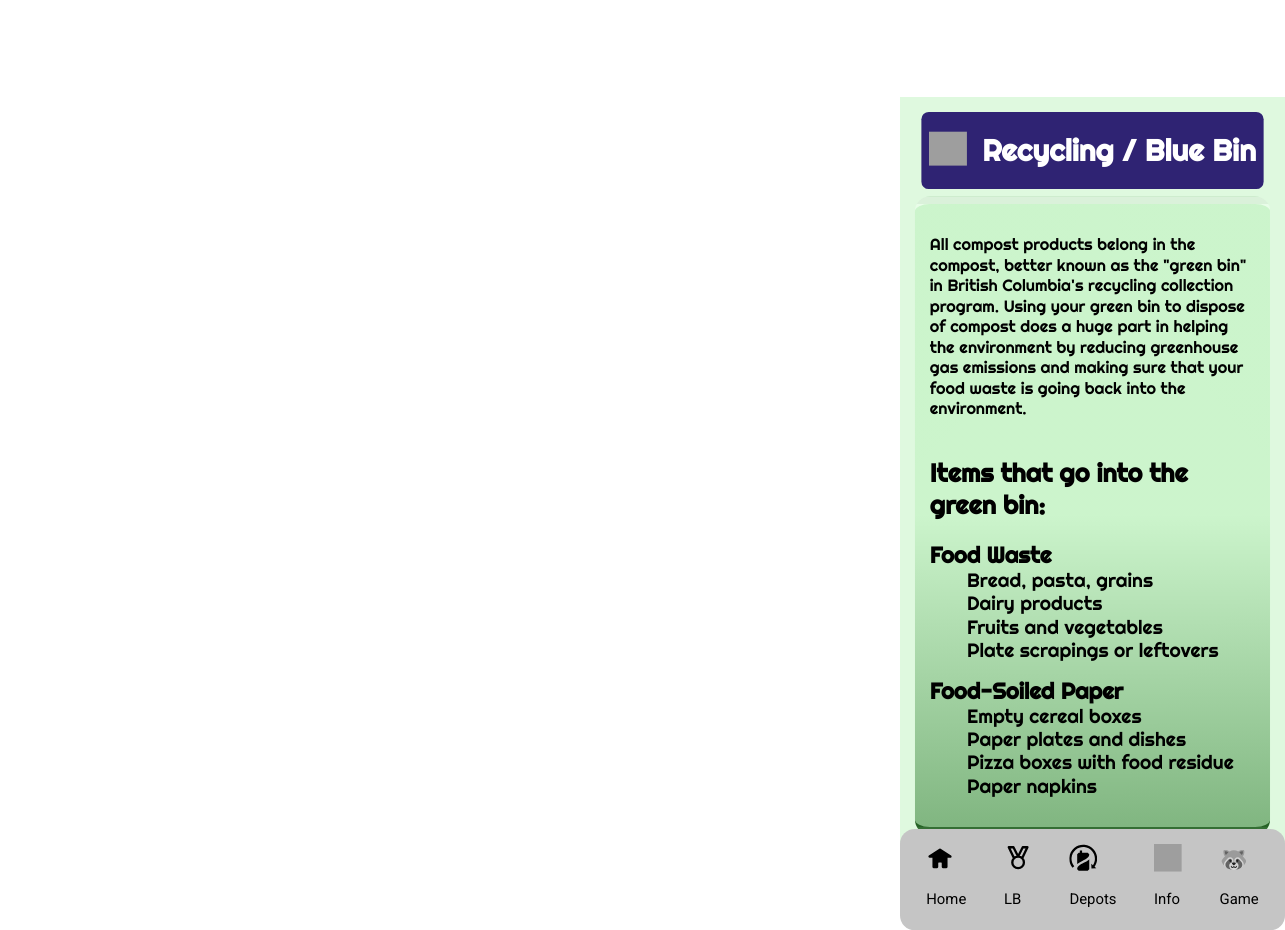
Repository: alemunden/Trash-Scavengers
Page: /InfoRecycling
These files come from the project's save history. The page is drawn as it stood at one moment and after the next save; the edit follows.
The browser window is 1280 px wide. The page is 1382 px wide, so the pictures cover 1382 px, including what lies to the right of the window. The pictures show the whole page, at 93% of full size.
Pictures or frames that could not be fetched are drawn as grey boxes. The project was rebuilt for these pictures with package versions that can differ from the ones it lists, and the page was loaded fresh each time. The framework's server and built-in components were replaced by stand-ins that run in the browser. Also part of the build but not shown: next.config.mjs.

Above is the page before, as saved 2024-05-09 12:09:14.

### pages/InfoRecycling.js
import styles from "@/styles/InfoRecycling.module.css";
import NavBar from "@/components/NavBar";
import Image from "next/image";
import Link from "next/link";

export default function InfoRecycling() {
    return(
        <>
        <link rel="preconnect" href="https://fonts.googleapis.com"/>
        <link rel="preconnect" href="https://fonts.gstatic.com" crossorigin/>
        <link href="https://fonts.googleapis.com/css2?family=Righteous&display=swap" rel="stylesheet"/>
        <div className={styles.main}>
            <div className={styles.title}>
                <Link href="/Info" className={styles.backButton}>
                    <Image src={'/backarrowicon.webp'} height={36.16} width={40.96}/>
                </Link>
                <h1>Recycling / Blue Bin</h1>
            </div>
            <div className={styles.textContainer}>
                    <p className={styles.description}>All compost products belong in the compost, better known as the "green bin" in British Columbia's recycling collection program. Using your green bin to dispose of compost does a huge part in helping the environment by reducing greenhouse gas emissions and making sure that your food waste is going back into the environment.</p>
                    <div>
                        <h2 className={styles.listTitle}>Items that go into the green bin:</h2>
                        <dl>
                            <dt className={styles.listSection}>Food Waste</dt>
                                <dd className={styles.listItem}>Bread, pasta, grains</dd>
                                <dd className={styles.listItem}>Dairy products</dd>
                                <dd className={styles.listItem}>Fruits and vegetables</dd>
                                <dd className={styles.listItem}>Plate scrapings or leftovers</dd>
                            <dt className={styles.listSection}>Food-Soiled Paper</dt>
                                <dd className={styles.listItem}>Empty cereal boxes</dd>
                                <dd className={styles.listItem}>Paper plates and dishes</dd>
                                <dd className={styles.listItem}>Pizza boxes with food residue</dd>
                                <dd className={styles.listItem}>Paper napkins</dd>
                        </dl>
                    </div>
            </div>
        </div>
        <NavBar/>
        </>
    )
}

### styles/globals.css
:root {
    --white: #FFFFFF;
    --black: #000;
    --light-green: #B4E88C;
    --light-blue: #9EBAE5;
    --light-gray: #c5c5c5;
    --light-yellow: #F3CD70;
    --light-pink: #F3D9D9;
    --medium-green: #429600;
    --gold: #ED9F26;

}

html, body {
    overflow-x: hidden;
    background-color: var(--white);
    height: 896px;
    width: 414px;
    position: absolute;
    left: 30rem;
    top: 3rem;
  }

main {
    padding: 1rem;
  }

li {
    list-style-type: none;
    cursor: pointer;
    margin: 1rem;
    width: 100%;
    padding: 0.5rem;
    color: #000105;
    background-color: var(--light-blue);
    border-radius: 1rem;
    border-bottom: 6px solid #7893bb;
    font-family: "Righteous", sans-serif;
    text-align: center;
    font-size: 1.5rem;
  }

.liHover:hover {
    background-color: #7893bb;
    columns: #fff;
}

.liSelected {
    color: #fff;
    background-color: #000925;
}

.homePageCard {
  margin-left: -5%;
  margin-top: 48%;
}

.searchBar {
  margin-left: -5%;
  margin-bottom: -48%;
}

.logInAndSettings {
  margin-left: 63%;
  margin-right: -5%;
  margin-top: 8%;
}

.dateIndex {
  font-family: 'Righteous';
  margin-bottom: -18%;
  margin-top: 8%;
}

.searchBarInfo {
  margin-left: -5%;
  margin-top: -0.1%;
}

.logInSettingsInfo {
  margin-left: 63%;
  margin-right: -5%;
  padding-left: 19px;
  padding-bottom: -10px;
  margin-top: 8%;
}

.infoCard {
  margin-left: -5%;
}

.logInSettingsDepots {
  margin-left: 64%;
  margin-right: -5%;
  padding-left: 9px;
  margin-top: 8%;
}

.searchBarDepots {
  margin-left: -5%;
}

.depotsCard {
  margin-left: -5%;
}

.logInSettingsYourDepots {
  margin-left: 50%;
  margin-right: -5%;
  padding-left: 65px;
  margin-top: 8%;
}

.searchBarYourDepots {
  margin-left: -5%;
}

.yourDepotsCard {
  margin-left: -5%;
}

.becDepotPage {
  font-family: 'Righteous';
  text-decoration: underline;
  margin-top: -200px;
  margin-left: 15%;
}

.depotsNavBar {
  margin-top: 165px;
}

### styles/InfoRecycling.module.css
.main {
    background-color: #dff9df;
    height: 810px;
    display: flex;
    align-items: center;
    flex-direction: column;
}

.backButton:hover {
    opacity: 50%;
}

.title {
    font-family: "Righteous", sans-serif;
    display: flex;
    flex-direction: row;
    justify-content: space-between;
    align-items: center;
    gap: 1rem;
    background-color: rgb(47, 35, 115);
    padding: 0 0.5rem 0 0.5rem ;
    border-radius: 0.5rem;
    margin-bottom: 0.5rem;
    margin-top: 1rem;
    color: var(--white);
}

.textContainer {
    display: flex;
    justify-content: center;
    padding: 1rem;
    display: flex;
    flex-direction: column;
    background-image: linear-gradient(180deg, rgba(185, 240, 185,0.5) 50%, rgba(35, 115, 35, 0.5) 100%);
    border-radius: 1rem;
    border-top: 0.5rem solid rgba(240, 255, 240, 0.8);
    border-bottom: 0.5rem solid rgba(16, 78, 16, 0.8);
    margin: 0 1rem 0 1rem;
}

.description {
    font-family: "Righteous", sans-serif;
    font-size: 1.1rem;
}

.listTitle {
    font-family: "Righteous", sans-serif;
    font-size: 1.7rem;
}

.listSection {
    font-family: "Righteous", sans-serif;
    font-weight: bold;
    font-size: 1.5rem;
    margin-top: 1rem;
}

.listItem {
    font-family: "Righteous", sans-serif;
    font-size: 1.3rem;
}

### components/NavBar/index.js
import styles from './NavBar.module.css'
import Image from 'next/image'
import Link from 'next/link'

export default function NavBar() {
    return(
        <>
        <link rel="preconnect" href="https://fonts.googleapis.com"/>
        <link rel="preconnect" href="https://fonts.gstatic.com" crossorigin/>
        <link href="https://fonts.googleapis.com/css2?family=Roboto:ital,wght@0,100;0,300;0,400;0,500;0,700;0,900;1,100;1,300;1,400;1,500;1,700;1,900&display=swap" rel="stylesheet"/>
            <div className={styles.navBarContainer}>
                <div className={styles.navBarItem}>
                    <Link href='/' className={styles.link} tabIndex='1'>
                        <Image src={'/home-icon.svg'} height={30} width={30} className={styles.navBarImage}/>
                        <p className={styles.navBarLabel}>Home</p>
                    </Link>
                </div>
                <div className={styles.navBarItem}>
                    <Link href='/Leaderboard' className={styles.link} tabIndex="2">
                        <Image src={'/lb-icon.svg'} height={30} width={30} className={styles.navBarImage}/>
                        <p className={styles.navBarLabel}>LB</p>
                    </Link>
                </div>
                <div className={styles.navBarItem}>
                    <Link href='/Depots' className={styles.link} tabIndex="3">
                        <Image src={'/depots-icon.svg'} height={30} width={30} className={styles.navBarImage}/>
                        <p className={styles.navBarLabel}>Depots</p>
                    </Link>
                </div>
                <div className={styles.navBarItem}>
                    <Link href='/Info' className={styles.link} tabIndex="4">
                        <Image src={'/recycle-icon.svg'} height={30} width={30} className={styles.navBarImage}/>
                        <p className={styles.navBarLabel}>Info</p>
                    </Link>
                </div>
                <div className={styles.navBarItem}>
                    <Link href='/QuizBegin' className={styles.link} tabIndex="4">
                        <Image src={'/raccoon-icon.svg'} height={30} width={30} className={styles.navBarImage}/>
                        <p className={styles.navBarLabel}>Game</p>
                    </Link>
                </div>
            </div>
        </>
    )
}

### components/NavBar/NavBar.module.css
.navBarContainer {
    display: flex;
    flex-direction: row;
    justify-content: space-around;
    padding: 0.5rem;
    background-color: var(--light-gray);
    border-radius: 1rem;
    padding-top: 1rem;
    position: sticky;
    bottom: 0;
    margin: auto;
    align-items: center;
}

.navBarItem {
    display: flex;
    flex-direction: column;
    align-items: center;
    padding: 0;
}

.navBarImage {
    align-self: center;
}

.navBarLabel {
    font-size: 1rem;
    font-family: "Roboto", sans-serif;
    font-weight: medium;
}

.link {
    text-decoration: none;
    color: var(--black);
    align-self: center;
    padding: 0;
}

.link:visited {
    color: var(--black);
}

Loaded but not shown: pages/_app.js (common file); pages/_document.js (common file); pages/api/hello.js (common file)

After the next save:
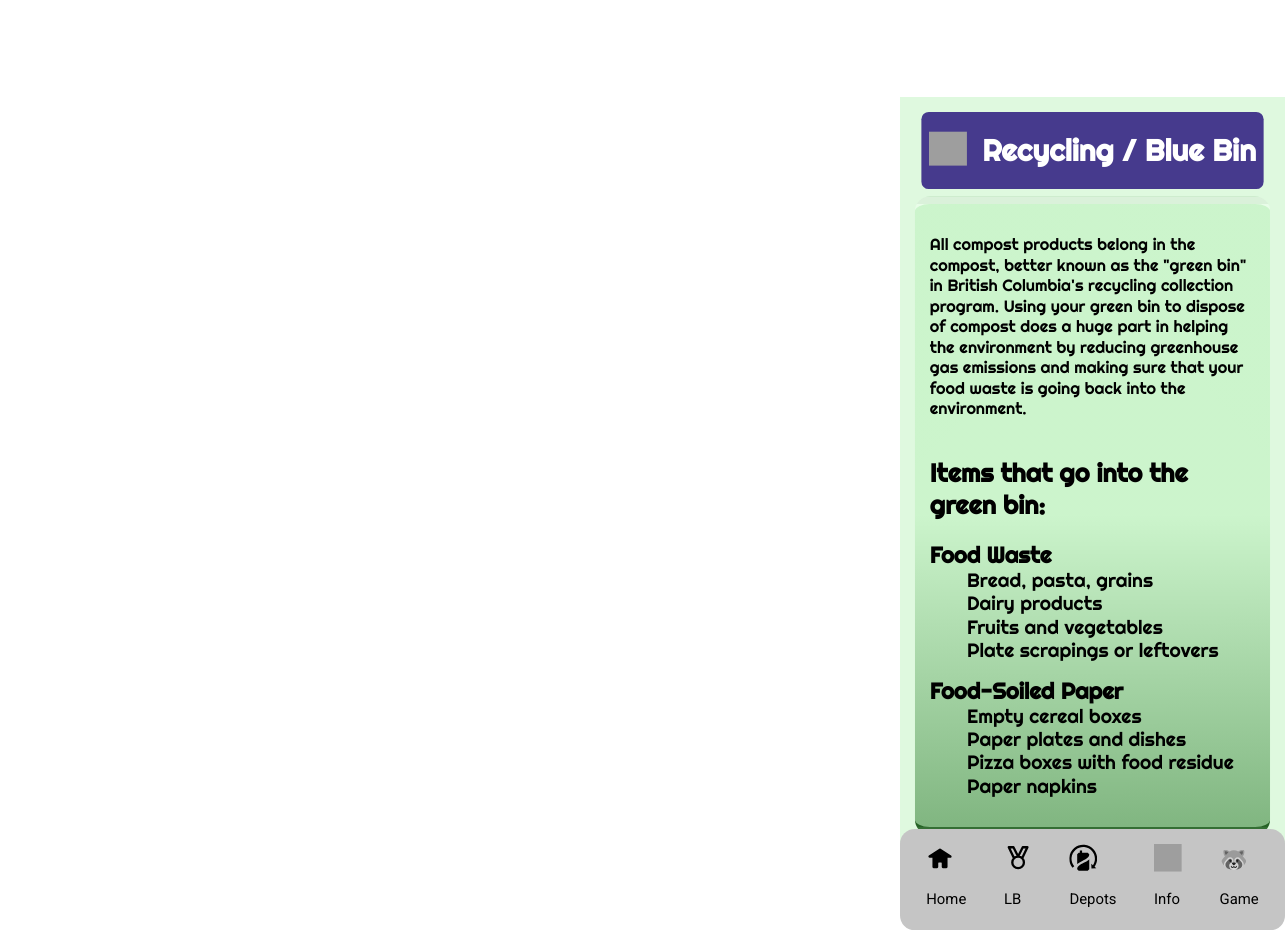
Saved 66 s later.
--- a/styles/InfoRecycling.module.css
+++ b/styles/InfoRecycling.module.css
@@ -17,7 +17,7 @@
     justify-content: space-between;
     align-items: center;
     gap: 1rem;
-    background-color: rgb(47, 35, 115);
+    background-color: rgb(70, 58, 141);
     padding: 0 0.5rem 0 0.5rem ;
     border-radius: 0.5rem;
     margin-bottom: 0.5rem;
